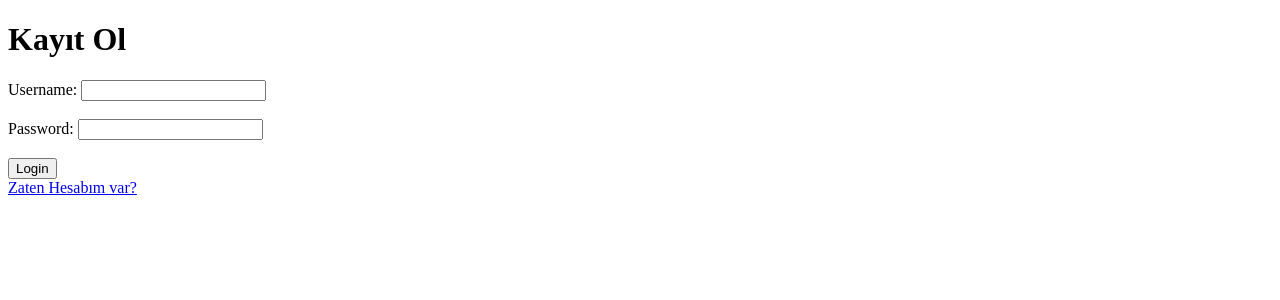
Repository: imrann0/sosyalyardim
Page: http://localhost/basic-webapp/kayitol.jsp
These files come from the project's save history. The page is drawn as it stood at one moment and after the next save; the edit follows.
The browser window is 1280 px wide. The pictures show the whole page.
The page is served by Tomcat 10.

Above is the page before, as saved 2023-06-23 11:47:03.

After the next save:
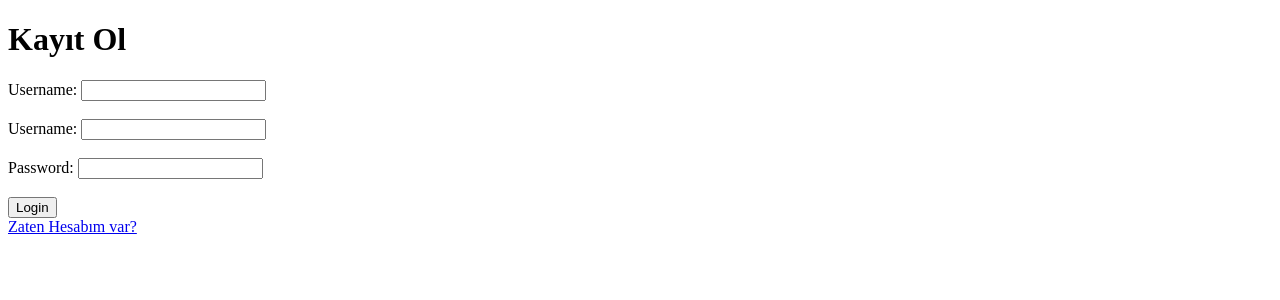
Saved 15 min 3 s later.
--- a/basic-webapp/src/main/webapp/kayitol.jsp
+++ b/basic-webapp/src/main/webapp/kayitol.jsp
@@ -11,6 +11,8 @@
     <form action="kayitol" method="post">
         <label for="username">Username:</label>
         <input type="text" id="username" name="username" required><br><br>
+        <label for="username">Username:</label>
+        <input type="text" id="username" name="username" required><br><br>
         <label for="password">Password:</label>
         <input type="password" id="password" name="password" required><br><br>
         <input type="submit" value="Login">
